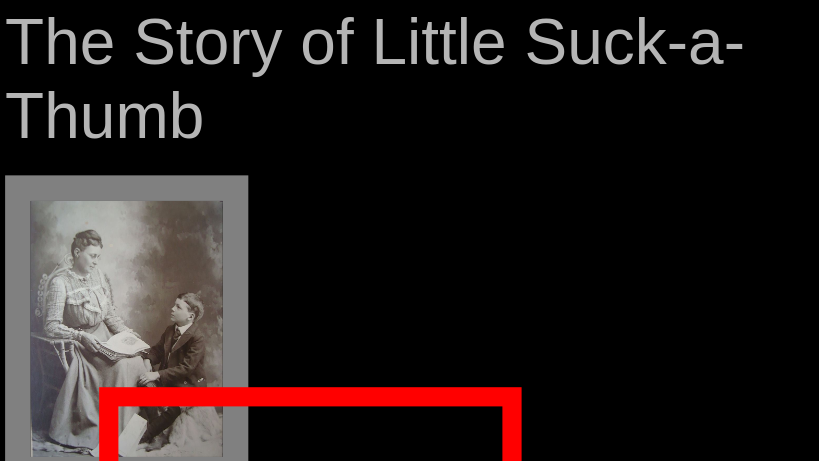
Repository: ConnyPinto/connypinto.github.io
Page: classwork/composition2.html
The author's editor kept a record of every edit. The page is drawn from the files as they stood at one moment, then again after the next edit.
The browser window is 1280 px wide. The pictures show the whole page, at 64% of full size.

Above is the page before.

After the next edit:
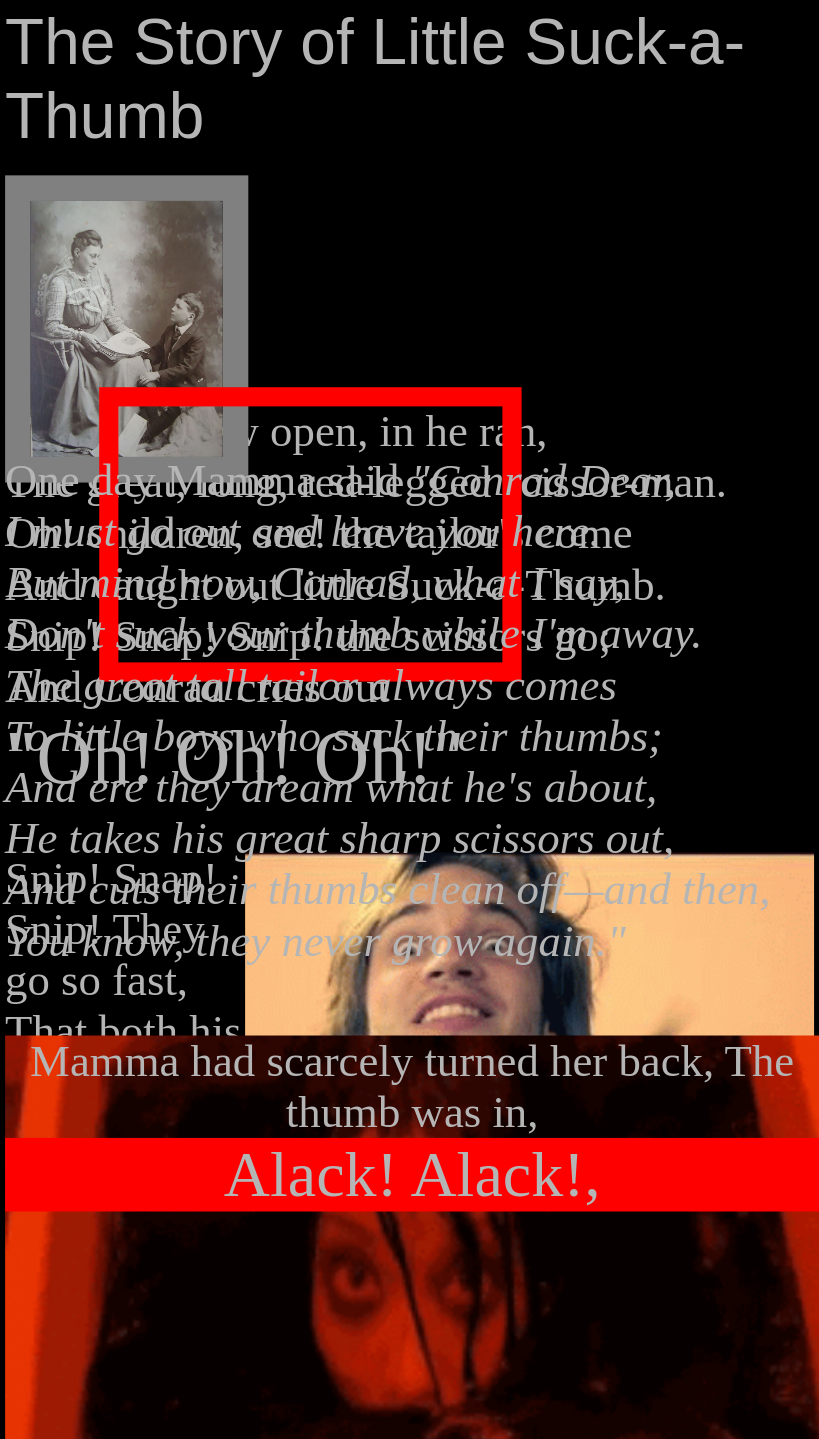
The edit:
--- a/classwork/composition2.html
+++ b/classwork/composition2.html
@@ -36,7 +36,7 @@
 <br>
 <img class="red" src="redscary.gif"/><center>
 <div class="three">Mamma had scarcely turned her back,
-The thumb was in, <div class="attack"> Alack! Alack!,</div></div>
+The thumb was in, <div class="attack"> Alack! Alack!,</center></div></div>
 <br>
 <br>
 <br>

After the edit that followed:
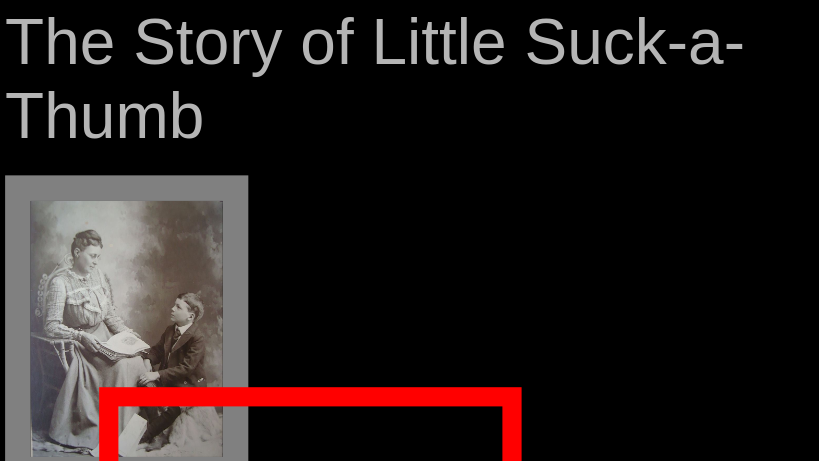
The edit:
--- a/classwork/composition2.html
+++ b/classwork/composition2.html
@@ -34,7 +34,7 @@
 <br>
 <br>
 <br>
-<img class="red" src="redscary.gif"/><center>
+<img class="red" src="redscary.gif"/>
 <div class="three">Mamma had scarcely turned her back,
 The thumb was in, <div class="attack"> Alack! Alack!,</center></div></div>
 <br>
